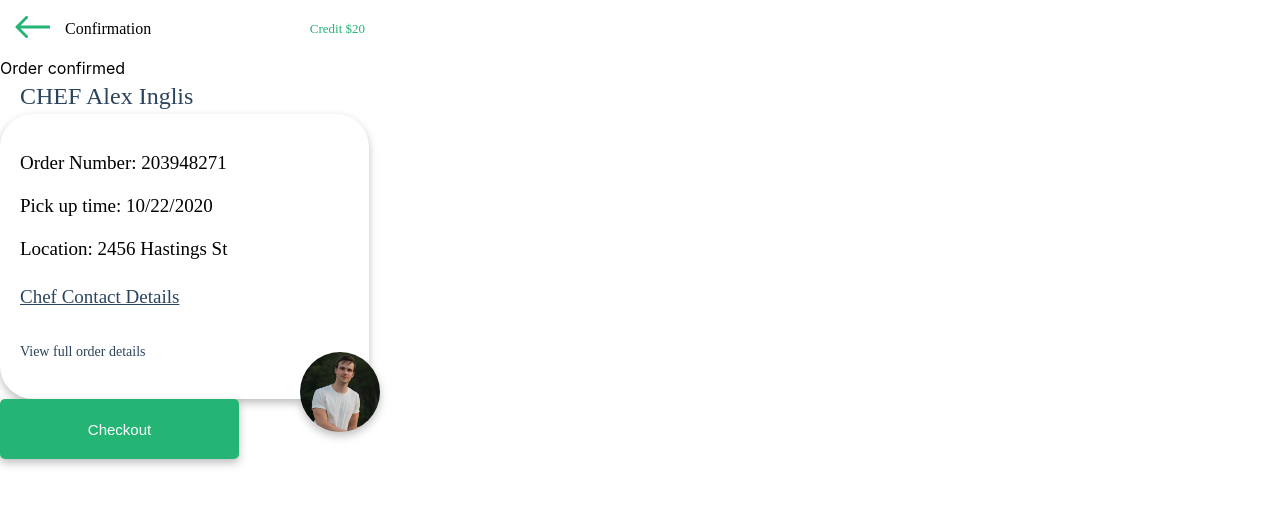
Repository: nguyenlejoe/HomeChef
Page: / (app in app/)
These files come from the project's save history. The page is drawn as it stood at one moment and after the next save; the edit follows.
The browser window is 1280 px wide. The pictures show the whole page.
The project was rebuilt for these pictures with package versions that can differ from the ones it lists, and the page was loaded fresh each time.

Above is the page before, as saved 2020-11-06 16:55:21.

### app/src/App.js
import React from 'react';
//import logo from './logo.svg';
//import './App.css';
import Pages from './pages/OrderConfirmation';

function App() {
  return (
    <Pages />
  );
}

export default App;

### app/src/pages/OrderConfirmation.js
import React from 'react';
import './OrderConfirmation.scss';
import Button from '../comps/MainButton';
import TopBar from '../comps/TopBar';
import OrderDetails from '../comps/OrderDetails';

export default function CheckoutPage() {
  return<div className="app">
       <div className="cart">
           <TopBar text="Confirmation"></TopBar>
       </div>
       <div className="OrderConfirmed">
           <div className="checkoutone">
                Order confirmed
           </div>
           <OrderDetails bgimg="none"></OrderDetails>
       </div>
        <div className="button">
            <Button text="Checkout"></Button>
        </div>
    </div>
}

### app/src/pages/OrderConfirmation.scss
.app{
    width: 100vw;
    height:100vh;
    overflow-x: hidden;
}

### app/src/comps/MainButton/index.js
import React from 'react';
import styled, {css} from 'styled-components';
import icon2 from '../../assets/DollarSign.png';

const ButtonContainer = styled.button`
    width: ${props =>props.width ? props.width : '239px'};
    height: ${props =>props.height ? props.height : '60px'};
    background-color: ${props =>props.bgcolor ? props.bgcolor : '#24B574'};
    border-radius: ${props =>props.radius ? props.radius : '5px'};
    display: flex;
    justify-content: center;
    align-items: center;
    filter: drop-shadow(0px 4px 4px rgba(0, 0, 0, 0.25));
    border:none;
`;

const ButtonText = styled.p`
    text-align: center;
    font-size: ${props =>props.fontSize ? props.fontSize : '15px'};;
    color:${props =>props.textColor ? props.textColor : '#FFFFFF'};
`;

const Icon = styled.div`
    ${() => css`
        background-image: url(${props =>props.icon1 ? props.icon1 : icon2});
        background-color:white;
        padding:10px;
        background-repeat: no-repeat;
        background-position: center;
        position:absolute;
        left: 0px;
        `}
    `;

const Button = ({text,textColor,bgcolor, width, height, radius, fontSize}) => {
    return <ButtonContainer bgcolor = {bgcolor} height={height} width={width} radius={radius}>
                <ButtonText fontSize={fontSize} textColor = {textColor}>{text}</ButtonText>
            </ButtonContainer>
}

ButtonText.defaultprops = {
    color:null,
}

export default Button;

### app/src/comps/TopBar/index.js
import React from 'react';
import styled from 'styled-components';


const TopBarContainer = styled.div`
   font-family: Poppins;
   display:flex;
   position:relative;
   align-items:center;
   width:350px;
   padding:15px;
`;

const LeftArrowImg = styled.div`
    margin-right:15px;
`;

const TopLeftText = styled.div`
    display:flex;

`;

const CreditText = styled.div`
   color:#24B574;
   font-size:13px;
   position:absolute;
   right:15px;
`;


const TopBar = ({text}) => {

    return <TopBarContainer>
            <LeftArrowImg><img src='/leftarrow.png' /></LeftArrowImg>
            <TopLeftText>{text}</TopLeftText>
            <CreditText>Credit $20</CreditText>
        </TopBarContainer>
}

TopBar.defaultProps = {

}

export default TopBar;

### app/src/comps/OrderDetails/index.js
import React from 'react';
import styled, {css} from 'styled-components';
import Avatar from '../Avatar';

const DetailsContainer = styled.div`
  display:flex;
  flex-direction:column;

`;

const Chefname = styled.div`
font-family: Poppins;
font-style: normal;
font-weight: 500;
font-size: 24px;
line-height: 36px;
color: #2B445E;
left:20px;
position:relative;
`

const DetailsRectangle = styled.div`
background-color: #FFFFFF;
filter: drop-shadow(0px 4px 4px rgba(0, 0, 0, 0.25));
height: 285px;
width: 369px;
left: 0px;
top: 37px;
border-radius: 33px;
flex-direction:column;
`

const OrderNumber = styled.div`
font-family: Poppins;
margin-top:15px;
margin-bottom:15px;
font-weight: 500;
font-size: 19px;
line-height: 28px;
color: #000000;
`

const Pickuptxt = styled.div`
font-family: Poppins;
margin-top:15px;
margin-bottom:15px;
font-weight: 500;
font-size: 19px;
line-height: 28px;
color: #000000;
`

const Location = styled.div`
font-family: Poppins;
margin-top:15px;
margin-bottom:15px;
font-weight: 500;
font-size: 19px;
line-height: 28px;
color: #000000;
`
const Contact = styled.div`
font-family: Poppins;
margin-top:20px;
margin-bottom:10px;
font-weight: 500;
font-size: 19px;
line-height: 28px;
color: #2B445E;
text-decoration:underline;
cursor:pointer;
`
const FullDetails = styled.div`
font-family: Poppins;
margin-top:30px;
margin-bottom:10px;
font-weight: 500;
font-size: 14px;
line-height: 21px;
color: #2B445E;
cursor:pointer;
`
const Detailstxtboxs = styled.div`
position: relative;
left:20px;
top:20px;

`

const Photocont = styled.div`
z-index:1;
position:relative;
left:300px;
size:105px;
`






const OrderDetails = ({Chef, OrderNum, Pickupdate, Locationtxt, profileimg}) => {

    return <DetailsContainer>
        <Chefname> {Chef} </Chefname>
        <DetailsRectangle>
            <Detailstxtboxs>
            <OrderNumber>Order Number: {OrderNum}</OrderNumber>
            <Pickuptxt>Pick up time: {Pickupdate} </Pickuptxt>
            <Location>Location: {Locationtxt} </Location>
            <Contact>Chef Contact Details</Contact>
            <FullDetails>View full order details</FullDetails>
            </Detailstxtboxs>
            <Photocont>
            <Avatar bgimg={profileimg}></Avatar>
            </Photocont>

        </DetailsRectangle>
    </DetailsContainer>

}

OrderDetails.defaultProps = {

    Chef:"CHEF Alex Inglis",
    OrderNum: "203948271",
    Pickupdate:"10/22/2020",
    Locationtxt:"2456 Hastings St"

}

export default OrderDetails;

### app/src/comps/Avatar/index.js
import React from 'react';
import styled from 'styled-components';

const AvatarContainer = styled.div`
width:80px;
height:80px;
`;

const AvatarImg = styled.div`
min-width:100%;
min-height:100%;
background-image:url(${props=>props.bgimg ? props.bgimg : "none"});
background-size:cover;
border-radius:100px;

`;

const Avatar = ({bgimg}) =>{
    return <AvatarContainer>
        <AvatarImg bgimg={bgimg}></AvatarImg>
    </AvatarContainer>
}

Avatar.defaultProps = {
    bgimg : "./alex.jpg"
}

export default Avatar;

Loaded but not shown: app/public/index.html (common file); app/src/index.js (common file); app/src/index.css (common file); app/src/serviceWorker.js (common file)

After the next save:
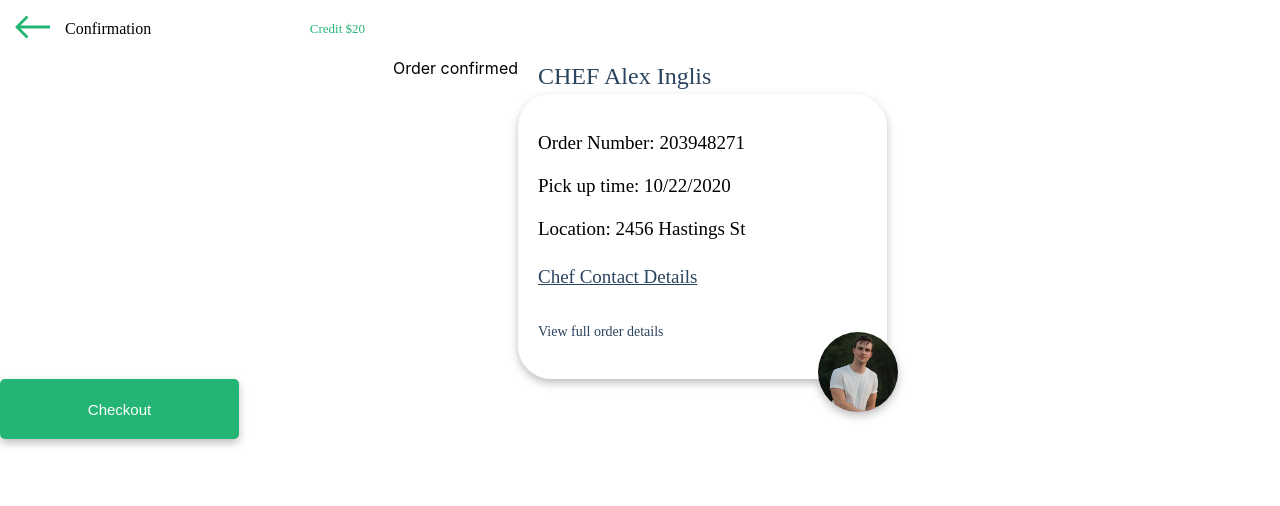
Saved 98 min 40 s later.
--- a/app/src/pages/OrderConfirmation.scss
+++ b/app/src/pages/OrderConfirmation.scss
@@ -3,3 +3,8 @@
     height:100vh;
     overflow-x: hidden;
 }
+
+.OrderConfirmed{
+    display: flex;
+    justify-content: center;
+}

After the 2 saves that followed:
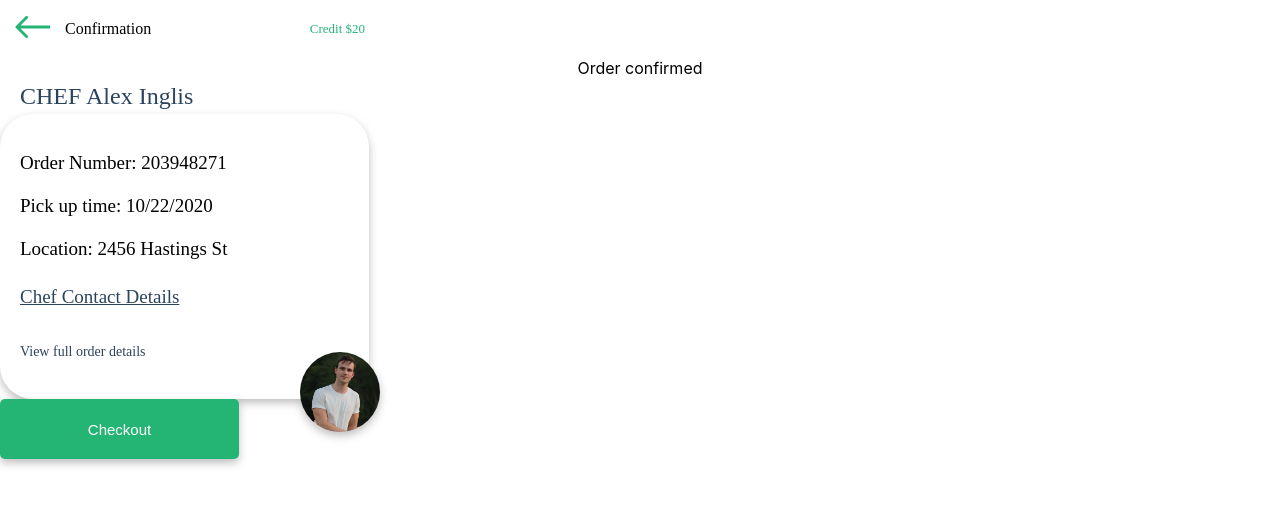
The 2 saves are shown as one change because 1 left the picture as it was.
The last was saved 58 s later.
--- a/app/src/pages/OrderConfirmation.js
+++ b/app/src/pages/OrderConfirmation.js
@@ -10,11 +10,10 @@ export default function CheckoutPage() {
            <TopBar text="Confirmation"></TopBar>
        </div>
        <div className="OrderConfirmed">
-           <div className="checkoutone">
-                Order confirmed
-           </div>
+            Order confirmed
+        </div>
            <OrderDetails bgimg="none"></OrderDetails>
-       </div>
+
         <div className="button">
             <Button text="Checkout"></Button>
         </div>
